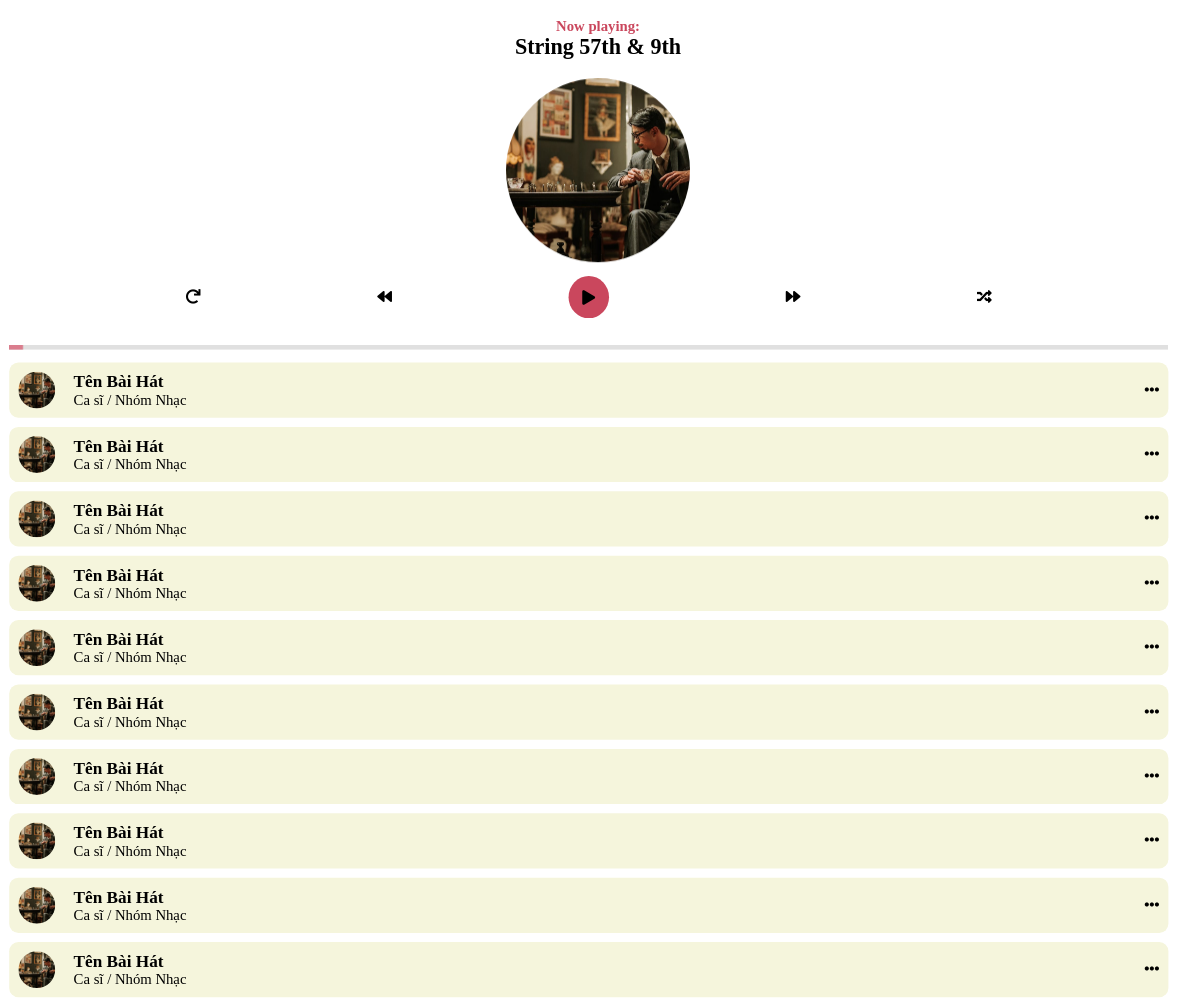
Repository: dovanthao2404/AppMusicPlayer
Page: index.html
These files come from the project's save history. The page is drawn as it stood at one moment and after a run of saves; the edit follows.
The browser window is 1280 px wide. The pictures show the whole page, at 92% of full size.

Above is the page before, as saved 2021-06-28 11:09:15.

### index.html
<!DOCTYPE html>
<html lang="en">

<head>
  <meta charset="UTF-8">
  <meta http-equiv="X-UA-Compatible" content="IE=edge">
  <meta name="viewport" content="width=device-width, initial-scale=1.0">
  <title>Music</title>
  <!-- FONTAWESOME -->
  <link rel="stylesheet" href="https://cdnjs.cloudflare.com/ajax/libs/font-awesome/5.15.3/css/all.min.css"
    integrity="sha512-iBBXm8fW90+nuLcSKlbmrPcLa0OT92xO1BIsZ+ywDWZCvqsWgccV3gFoRBv0z+8dLJgyAHIhR35VZc2oM/gI1w=="
    crossorigin="anonymous" referrerpolicy="no-referrer" />
  <!-- MAIN CSS -->
  <link rel="stylesheet" href="./css/app.css">
</head>

<body>
  <div class="player">
    <div class="dashboards">
      <!-- HEADER -->
      <header>
        <h4>Now playing:</h4>
        <h2>String 57th & 9th</h2>
      </header>

      <!-- CD -->
      <div id="cd" class="cd">
        <div class="thumb">
          <img src="./img/loinho.jpg" alt="">
        </div>
      </div>

      <!-- CONTROL -->
      <div class="controls" class="controls">
        <div class="btn btn-repeat">
          <i class="fa fa-redo"></i>
        </div>
        <div class="btn btn-prev">
          <i class="fa fa-backward"></i>
        </div>
        <div class="btn btn-toggle-play">
          <i class="fa fa-play"></i>
        </div>
        <div class="btn btn-next">
          <i class="fa fa-forward"></i>
        </div>
        <div class="btn btn-random">
          <i class="fa fa-random"></i>
        </div>
      </div>

      <!-- PROGRESS -->
      <input id="progress" class="progress" value="0" step="1" min="0" max="100" type="range">

      <!-- AUDIO -->
      <audio id="audio" src="./music/trontim.mp3"></audio>

      <!-- PLAY LIST -->
      <div class="playlist">
        <div class="song">
          <div class="thumb">
            <img src="./img/loinho.jpg" alt="">
          </div>
          <div class="body">
            <h3 class="title">Tên Bài Hát</h3>
            <p class="author">Ca sĩ / Nhóm Nhạc</p>
          </div>
          <div class="option">
            <i class="fa fa-ellipsis-h"></i>
          </div>
        </div>
        <div class="song">
          <div class="thumb">
            <img src="./img/loinho.jpg" alt="">
          </div>
          <div class="body">
            <h3 class="title">Tên Bài Hát</h3>
            <p class="author">Ca sĩ / Nhóm Nhạc</p>
          </div>
          <div class="option">
            <i class="fa fa-ellipsis-h"></i>
          </div>
        </div>
        <div class="song">
          <div class="thumb">
            <img src="./img/loinho.jpg" alt="">
          </div>
          <div class="body">
            <h3 class="title">Tên Bài Hát</h3>
            <p class="author">Ca sĩ / Nhóm Nhạc</p>
          </div>
          <div class="option">
            <i class="fa fa-ellipsis-h"></i>
          </div>
        </div>
        <div class="song">
          <div class="thumb">
            <img src="./img/loinho.jpg" alt="">
          </div>
          <div class="body">
            <h3 class="title">Tên Bài Hát</h3>
            <p class="author">Ca sĩ / Nhóm Nhạc</p>
          </div>
          <div class="option">
            <i class="fa fa-ellipsis-h"></i>
          </div>
        </div>
        <div class="song">
          <div class="thumb">
            <img src="./img/loinho.jpg" alt="">
          </div>
          <div class="body">
            <h3 class="title">Tên Bài Hát</h3>
            <p class="author">Ca sĩ / Nhóm Nhạc</p>
          </div>
          <div class="option">
            <i class="fa fa-ellipsis-h"></i>
          </div>
        </div>
        <div class="song">
          <div class="thumb">
            <img src="./img/loinho.jpg" alt="">
          </div>
          <div class="body">
            <h3 class="title">Tên Bài Hát</h3>
            <p class="author">Ca sĩ / Nhóm Nhạc</p>
          </div>
          <div class="option">
            <i class="fa fa-ellipsis-h"></i>
          </div>
        </div>
        <div class="song">
          <div class="thumb">
            <img src="./img/loinho.jpg" alt="">
          </div>
          <div class="body">
            <h3 class="title">Tên Bài Hát</h3>
            <p class="author">Ca sĩ / Nhóm Nhạc</p>
          </div>
          <div class="option">
            <i class="fa fa-ellipsis-h"></i>
          </div>
        </div>
        <div class="song">
          <div class="thumb">
            <img src="./img/loinho.jpg" alt="">
          </div>
          <div class="body">
            <h3 class="title">Tên Bài Hát</h3>
            <p class="author">Ca sĩ / Nhóm Nhạc</p>
          </div>
          <div class="option">
            <i class="fa fa-ellipsis-h"></i>
          </div>
        </div>
        <div class="song">
          <div class="thumb">
            <img src="./img/loinho.jpg" alt="">
          </div>
          <div class="body">
            <h3 class="title">Tên Bài Hát</h3>
            <p class="author">Ca sĩ / Nhóm Nhạc</p>
          </div>
          <div class="option">
            <i class="fa fa-ellipsis-h"></i>
          </div>
        </div>
        <div class="song">
          <div class="thumb">
            <img src="./img/loinho.jpg" alt="">
          </div>
          <div class="body">
            <h3 class="title">Tên Bài Hát</h3>
            <p class="author">Ca sĩ / Nhóm Nhạc</p>
          </div>
          <div class="option">
            <i class="fa fa-ellipsis-h"></i>
          </div>
        </div>
      </div>
    </div>
  </div>
  <script src="./js/app.js"></script>
</body>

</html>

### css/app.css
/* GLOBAL */
* {
  padding: 0;
  margin: 0;
  box-sizing: border-box;
}
/* PLAYER */
.dashboards {
  margin: 0 10px;
}
header {
  text-align: center;
  margin: 20px 0;
  position: fixed;
  top: 0;
  width: 100%;
  z-index: 9999;
}
header h4 {
  color: rgb(202, 71, 93);
}
.cd {
  position: fixed;
  top: 85px;
  width: 100%;
  z-index: 9999;
}
.cd .thumb {
  width: 200px;
  height: 200px;
  position: absolute;
  top: 50%;
  left: 50%;
  transform: translate(-50%);
}
.cd .thumb img {
  border-radius: 50%;
  width: 100%;
  height: 100%;
  object-fit: cover;
}
.controls {
  display: flex;
  justify-content: space-evenly;
  align-items: center;
  margin-top: 300px;
  margin-bottom: 20px;
  position: sticky;
  top: 85px;
  z-index: 9999;
}
.btn-toggle-play .fa {
  padding: 15px;
  border-radius: 50%;
  background-color: rgb(202, 71, 93);
}
.controls .fa-pause {
  display: none;
}
.progress {
  -webkit-appearance: none;
  width: 100%;
  height: 5px;
  background: #d3d3d3;
  outline: none;
  opacity: 0.7;
  transition: opacity 0.2s;
  position: sticky;
  top: 145px;
  z-index: 9999;
}
.progress::-webkit-slider-thumb {
  -webkit-appearance: none;
  appearance: none;
  width: 15px;
  height: 5px;
  background: rgb(202, 71, 93);
  cursor: pointer;
}
.progress::-moz-range-thumb {
  width: 15px;
  height: 5px;
  background: rgb(202, 71, 93);
  cursor: pointer;
}
.song {
  margin: 10px 0;
  background-color: beige;
  display: flex;
  align-items: center;
  padding: 10px;
  border-radius: 10px;
  position: relative;
}
.song .thumb {
  width: 40px;
  height: 40px;
}
.song .thumb img {
  width: 100%;
  height: 100%;
  border-radius: 50%;
  object-fit: cover;
}
.song .body {
  margin-left: 20px;
}
.song .option {
  position: absolute;
  right: 0;
  margin-right: 10px;
}

Loaded but not shown: js/app.js (no stored copy; drawn as an empty file)

After the next 2 saves:
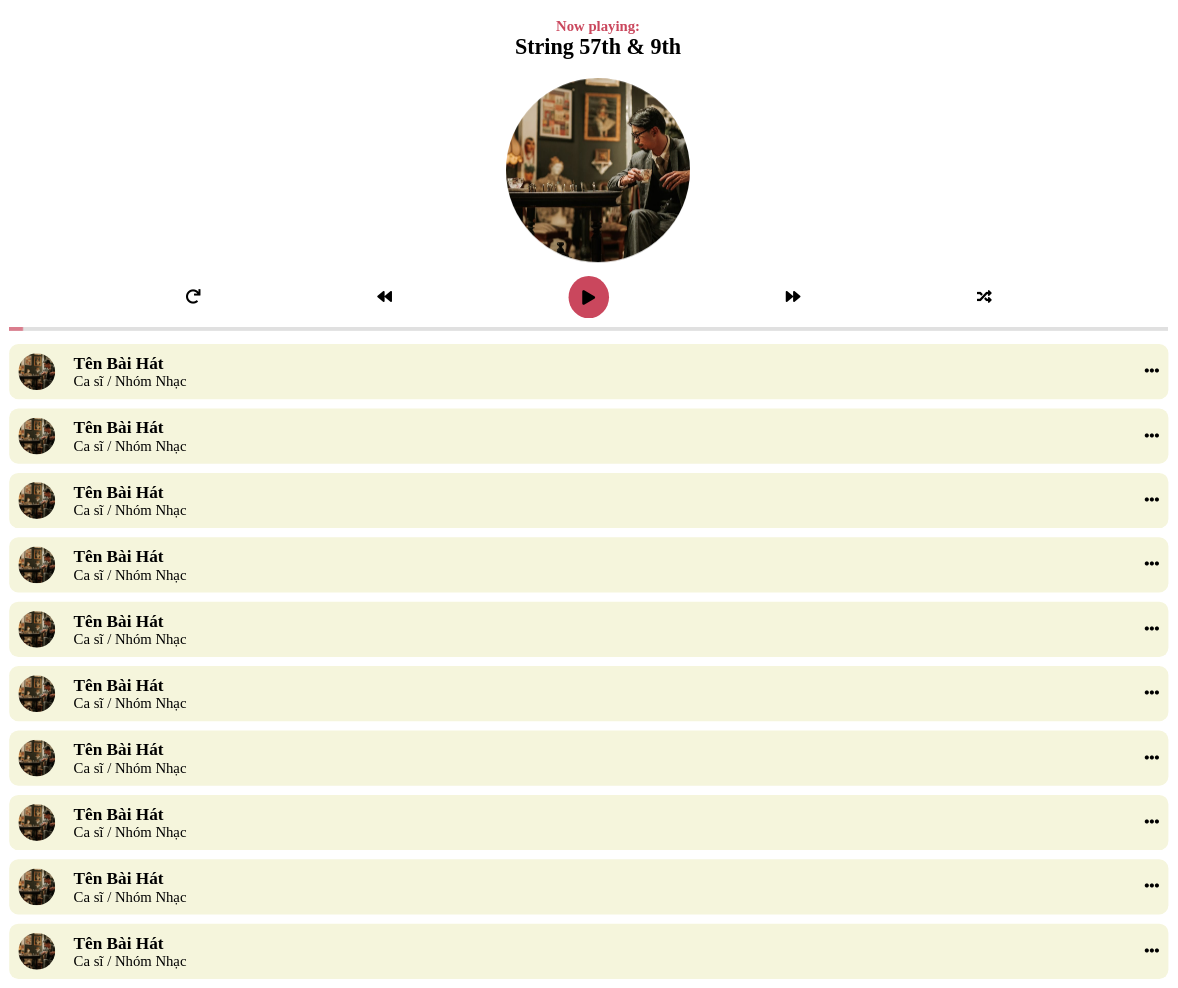
The 2 saves are shown as one change because they came seconds apart.
The last was saved 51 s later.
--- a/css/app.css
+++ b/css/app.css
@@ -44,7 +44,7 @@ header h4 {
   justify-content: space-evenly;
   align-items: center;
   margin-top: 300px;
-  margin-bottom: 20px;
+  /* margin-bottom: 10px; */
   position: sticky;
   top: 85px;
   z-index: 9999;
